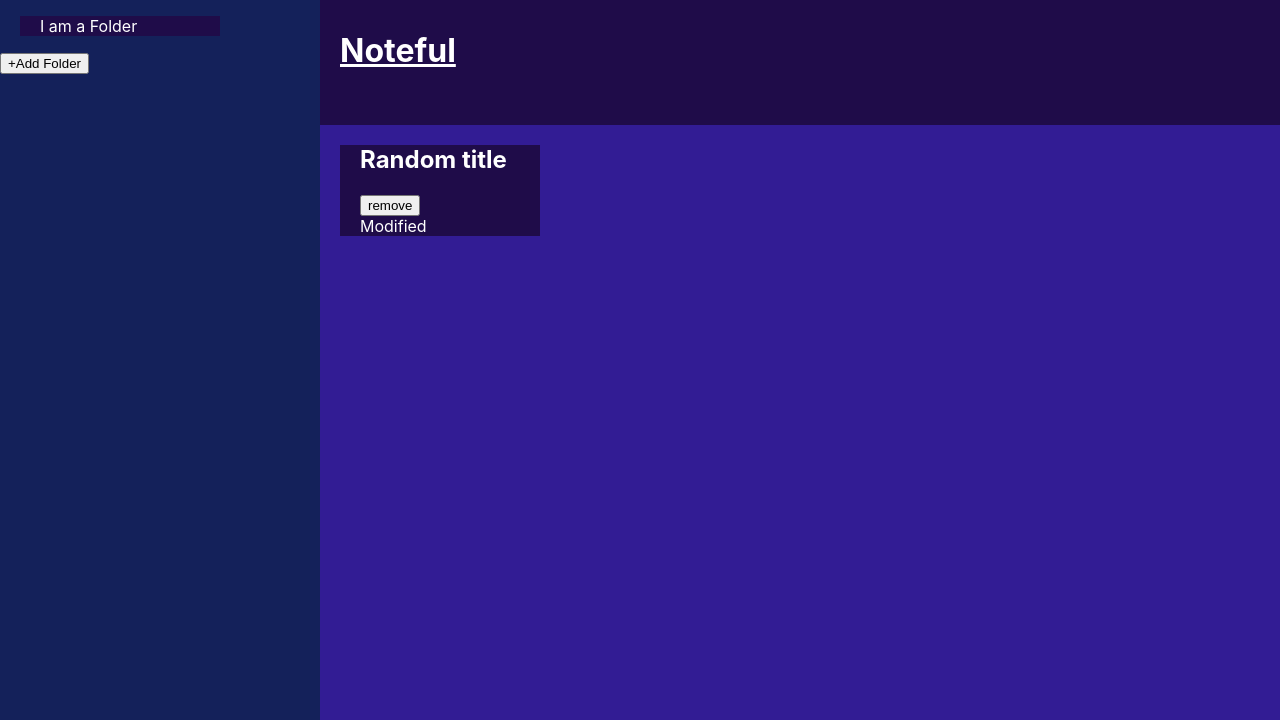
Repository: thinkful-ei-macaw/noteful-agatha-curtis
Page: /
These files come from the project's save history. The page is drawn as it stood at one moment and after the next save; the edit follows.
The browser window is 1280 px wide. The pictures show the whole page.
The project was rebuilt for these pictures with package versions that can differ from the ones it lists, and the page was loaded fresh each time.

Above is the page before, as saved 2020-03-10 13:18:49.

### public/index.html
<!DOCTYPE html>
<html lang="en">
  <head>
    <meta charset="utf-8" />
    <link rel="icon" href="%PUBLIC_URL%/favicon.ico" />
    <meta name="viewport" content="width=device-width, initial-scale=1" />
    <meta name="theme-color" content="#000000" />
    <meta
      name="description"
      content="Web site created using create-react-app"
    />
    <link rel="apple-touch-icon" href="%PUBLIC_URL%/logo192.png" />
    <!--
      manifest.json provides metadata used when your web app is installed on a
      user's mobile device or desktop. See https://developers.google.com/web/fundamentals/web-app-manifest/
    -->
    <link rel="manifest" href="%PUBLIC_URL%/manifest.json" />
    <!--
      Notice the use of %PUBLIC_URL% in the tags above.
      It will be replaced with the URL of the `public` folder during the build.
      Only files inside the `public` folder can be referenced from the HTML.

      Unlike "/favicon.ico" or "favicon.ico", "%PUBLIC_URL%/favicon.ico" will
      work correctly both with client-side routing and a non-root public URL.
      Learn how to configure a non-root public URL by running `npm run build`.
    -->
    <title>Noteful React</title>
  </head>
  <body>
    <noscript>You need to enable JavaScript to run this app.</noscript>
    <div id="root"></div>
    <!--
      This HTML file is a template.
      If you open it directly in the browser, you will see an empty page.

      You can add webfonts, meta tags, or analytics to this file.
      The build step will place the bundled scripts into the <body> tag.

      To begin the development, run `npm start` or `yarn start`.
      To create a production bundle, use `npm run build` or `yarn build`.
    -->
  </body>
</html>

### src/App.js
import React, {Component} from 'react';
import './App.css';
import Header from './Component/Header';
import Note from './Component/Note';
import Folder from './Component/Folder';



class App extends Component {
  state = {
    notes: [],
    folders: [],
  };





render(){
    return (
      <main id='main'>
        <div className='Header'>
          <Header />
        </div>
        <div className='Folder'>
          <Folder/>
        </div>
        <div className='Note'>
          <Note />
        </div>
        <div>

        </div>
      </main>
    );
  }
}

export default App;

### src/App.css
.App {
  text-align: center;
}

* {
  box-sizing: border-box;
}

#main {
  display: grid;
  grid-template-areas:
  "nav header"
  "nav main";
  grid-template-columns: 25% 75%;
  grid-template-rows: 125px 1fr;
  overflow: auto;
  height: calc(100vh);
}

.Header {
  background-color: rgb(31, 12, 73);
  width: 100%;
  grid-area: header;
}

.Folder {
  background-color: #14215a;
  grid-area: nav;
}

.Note {
  background-color: #321c94;
  grid-area: main;
}

### src/Component/Header.js
import React,{Component} from 'react';
import './Header.css'

class Header extends Component {
  render(){
    return (
     <header className="app-header">
      <h1><a href='#'>Noteful</a></h1>
      </header>
    )
  };
}



export default Header;

### src/Component/Note.js
import React from 'react'
//import { Link } from 'react-router-dom'
import './Note.css';


export default function Note(props) {
  return (
    <div className='Note__container'>
      <h2 className='Note__title'>
        Random title
      </h2>
      <button className='Note__delete' type='button'>
        remove
      </button>
      <div className='Note__dates'>
        <div className='Note__dates-modified'>
          Modified
          <span className='Date'>

          </span>
        </div>
      </div>
      </div>
  )
}

### src/Component/Folder.js
import React,{Component} from 'react';
import './Folder.css';
import AddFolder from './Button/AddFolder';


export default class Folder extends Component {


     render(){
         return(
             <div class='folder__container'>
                <div className= "folder-js">
                <p>I am a Folder</p>
                </div>
             <div><AddFolder/></div>
             </div>
         );
     }
}

### src/Component/Header.css


h1 {
    color: white;
    padding: 10px 5px 5px 20px;
  }

a:link, a:visited, a:active {
    color: white;
}

a:hover {
    color: rgb(56, 135, 240)
}

### src/Component/Note.css
.Note__container {
    padding-left: 20px;
    margin-left: 20px;
    background-color: rgb(31, 12, 73);
    width: 200px;
    color: white;
}

### src/Component/Folder.css
.folder__container {
    grid-row-start: 2;
    grid-row-end: 2;
    grid-column-start: 1;
    grid-column-end: 1;
}

.folder-js {
    padding-left: 20px;
    margin-left: 20px;
    background-color: rgb(31, 12, 73);
    width: 200px;
    color: white;
}

### src/Component/Button/AddFolder.js
import React, {Component} from 'react';
import './AddFolder.css'

export default class AddFolder extends Component {
    render(){
        return(
                <section className='adding-folder'>
                    <button className='add-folder-btn' type='button'>
                        +Add Folder
                    </button>
                </section>
        )
    }
}

Loaded but not shown: src/index.js (common file); src/index.css (common file); src/Component/Button/AddFolder.css (no stored copy; drawn as an empty file)

After the next save:
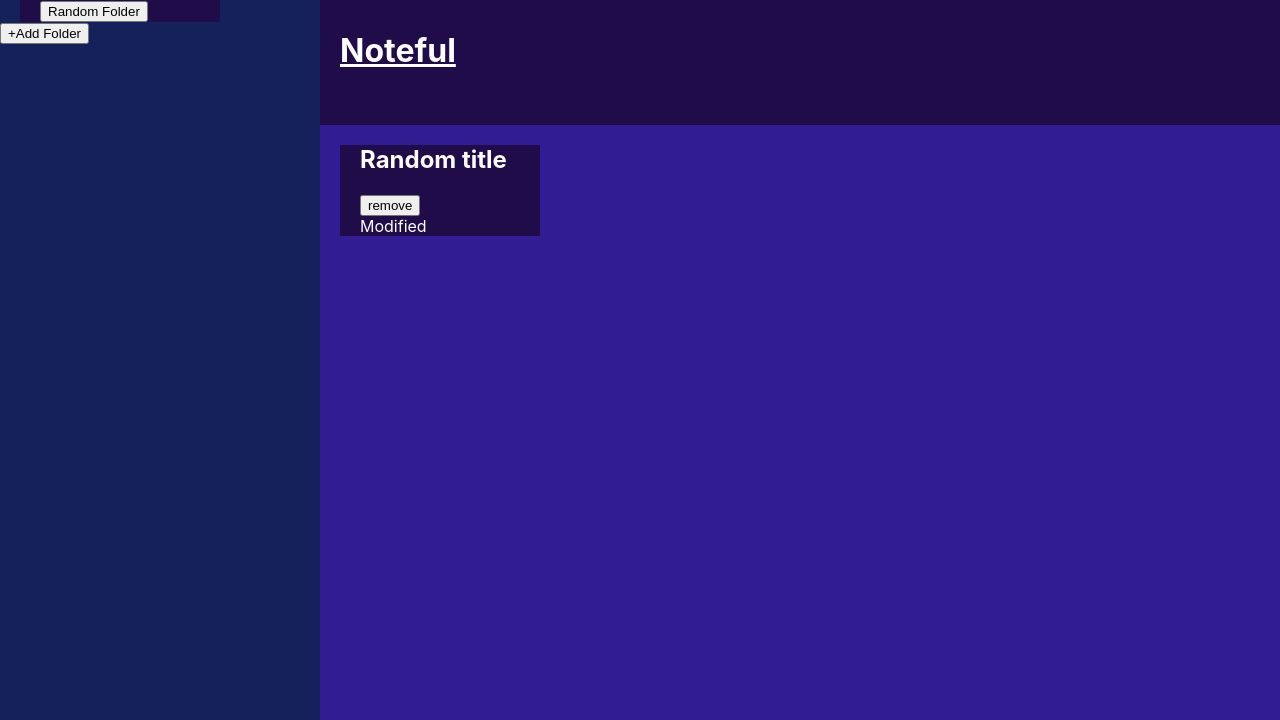
Saved 57 s later.
--- a/src/Component/Folder.js
+++ b/src/Component/Folder.js
@@ -10,7 +10,7 @@
          return(
              <div class='folder__container'>
                 <div className= "folder-js">
-                <p>I am a Folder</p>
+                    <button className='folder__button'>Random Folder</button>
                 </div>
              <div><AddFolder/></div>
              </div>
